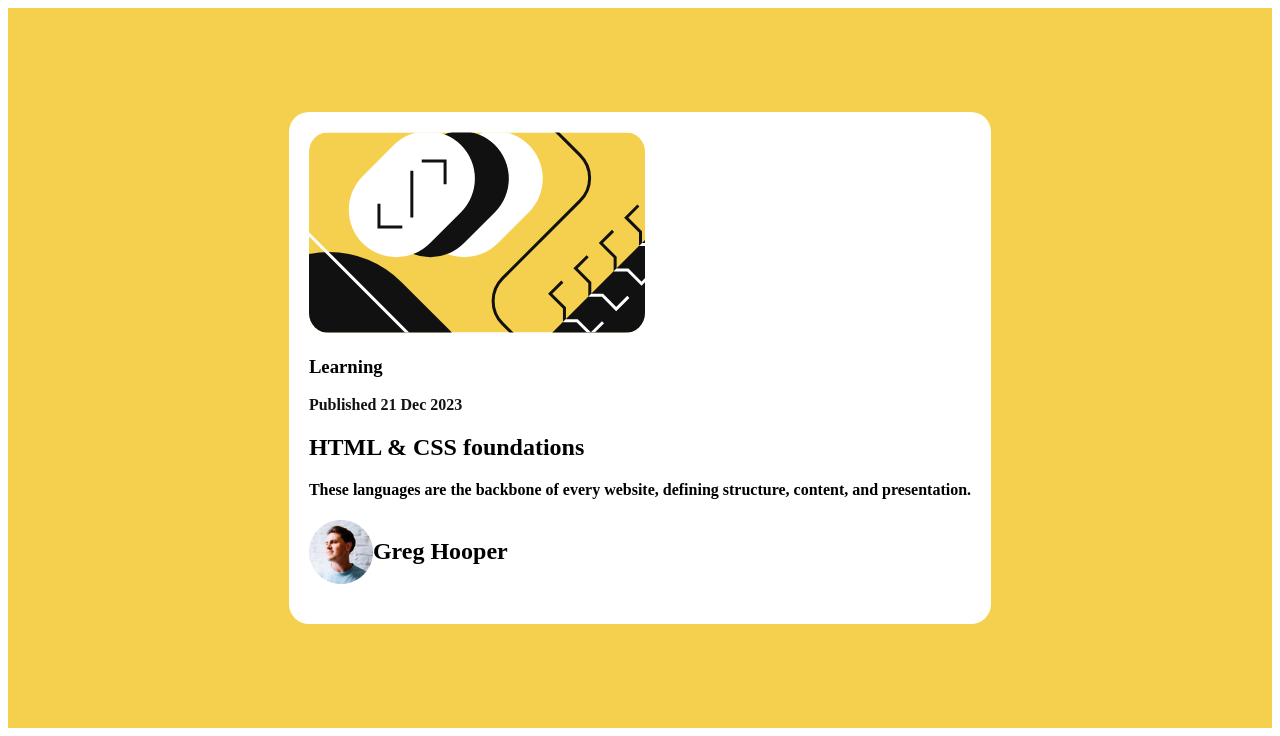
Repository: reemoon-ctrl/blog-preview-card
Page: index.html
An editor plug-in stored every save of this project. The page is shown before and after a run of saves, followed by the edit.
The browser window is 1280 px wide. The pictures show the whole page.

Above is the page before, as saved 2024-07-19 14:32:47.

### index.html
<!DOCTYPE html>
<html>
    <head>
        <title>Frontend Mentor | Blog preview card</title>
        <link rel="stylesheet" href="index.css" />


    </head>
    <body>
        <article class="blog-card-article">
            <div class="blog-card">
                <img class="blog-img"src="img\illustration-article.svg" alt="illustration-article" />
                <h3 class="blog-category">Learning</h3>
                <b class="blog-date">Published 21 Dec 2023</b>
                <h1 class="blog-title">HTML & CSS foundations</h1>
                <b class="blog-discrip">These languages are the backbone of every website, defining structure, content, and presentation.</b>
                <h2 class="blog-author"><img  src="img\image-avatar.webp" alt="Greg Hooper avatar"/>Greg Hooper</h2>
            </div>
        </article>

    </body>
</html>

### index.css
.blog-card-article{
    min-height: 100vh;
    display: flex;
    align-items:center;
    justify-content: center;
    background-color: hsl(47, 88%, 63%);


}

.blog-card{
    background-color: white;
    padding: 20px;
    border-radius: 20px;
}

.blog-img{
    border-radius: 20px;


}

.blog-category{


}

.blog-date{
    color: hsl(0, 0%, 7%);

}

.blog-title{

}
.blog-discrip{

}

.blog-author{
    display: flex;
    align-items:center;

}

After the next 5 saves:
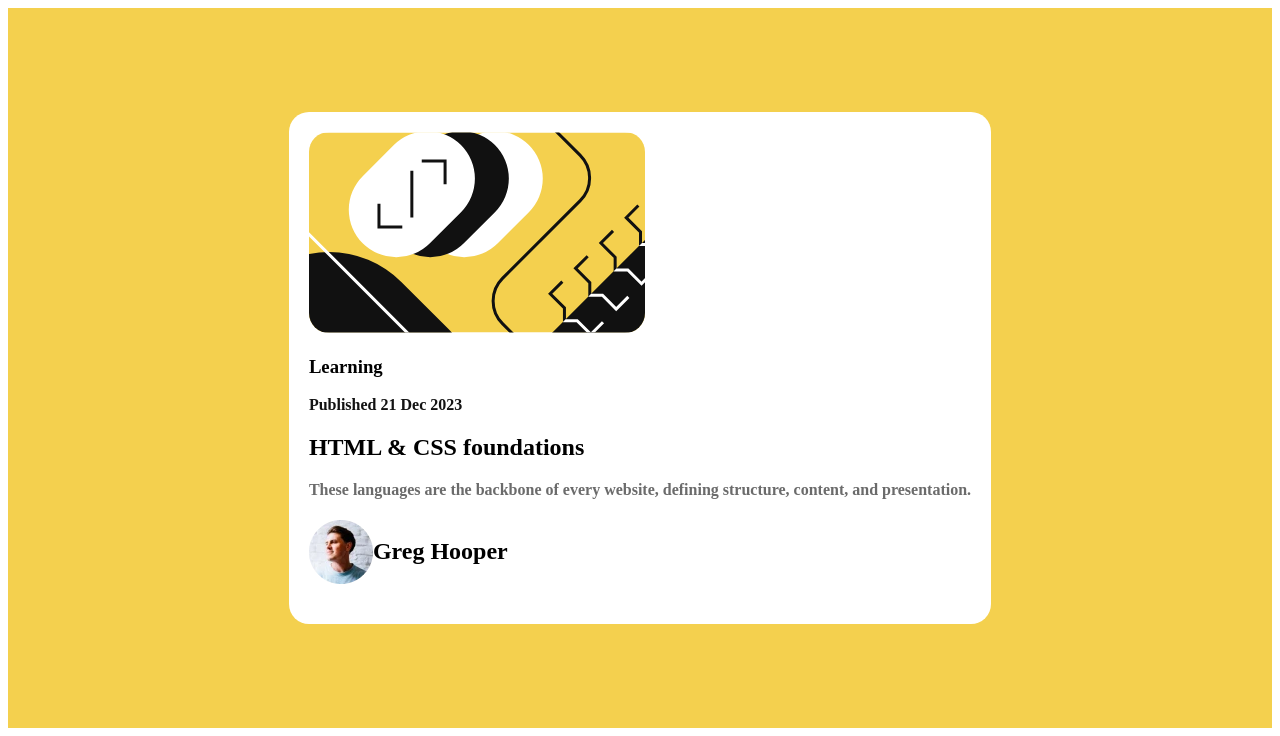
The 5 saves are shown as one change because they came seconds apart.
The last was saved 32 s later.
--- a/index.css
+++ b/index.css
@@ -34,6 +34,7 @@
 
 }
 .blog-discrip{
+    color:hsl(0, 0%, 42%);
 
 }
 
